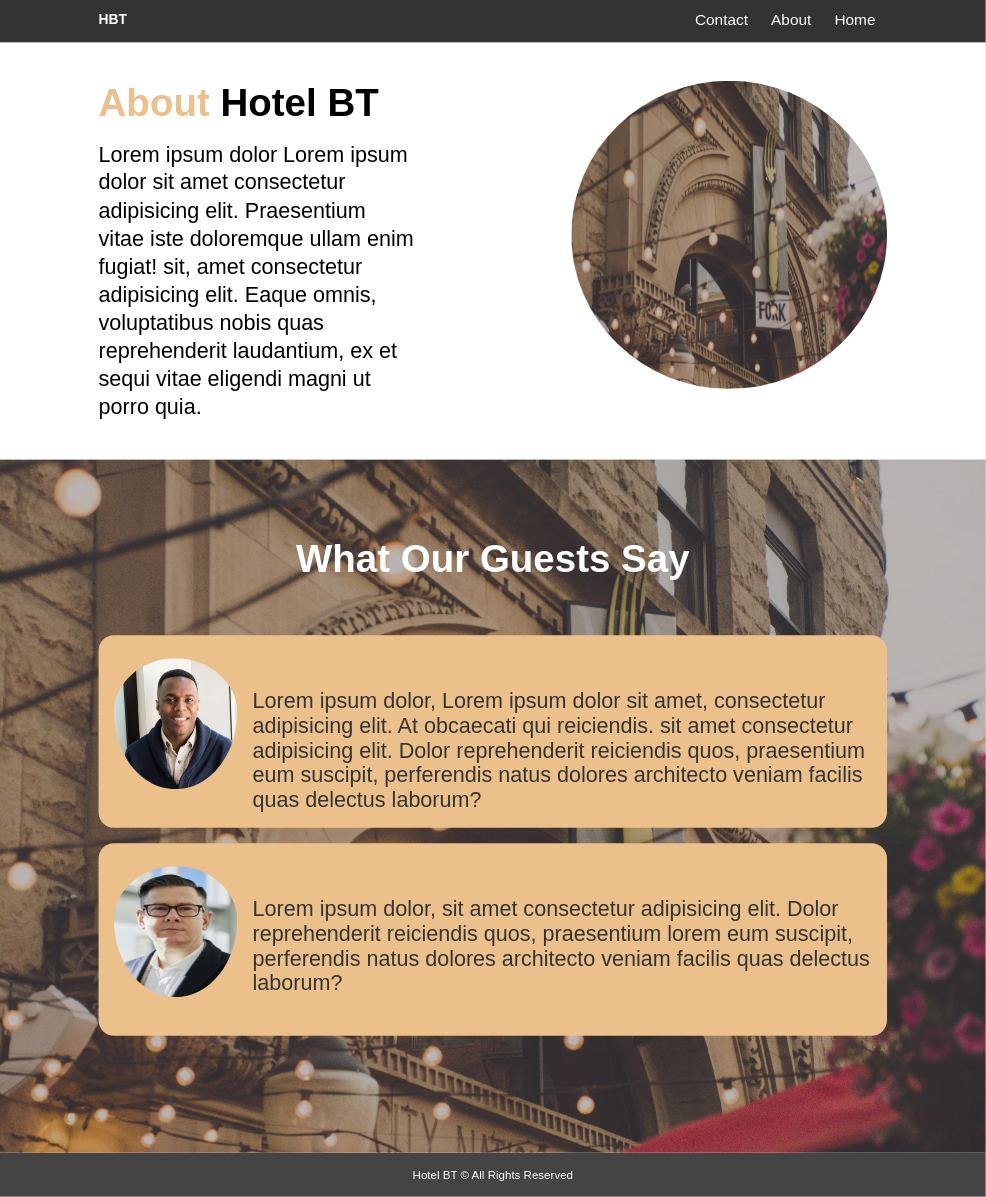
Repository: reemoon-ctrl/35---hotel-website
Page: about.html
An editor plug-in stored every save of this project. The page is shown before and after the next save, followed by the edit.
The browser window is 1280 px wide. The pictures show the whole page, at 77% of full size.
Pictures or frames that could not be fetched are drawn as grey boxes.

Above is the page before, as saved 2024-07-24 21:19:41.

After the next save:
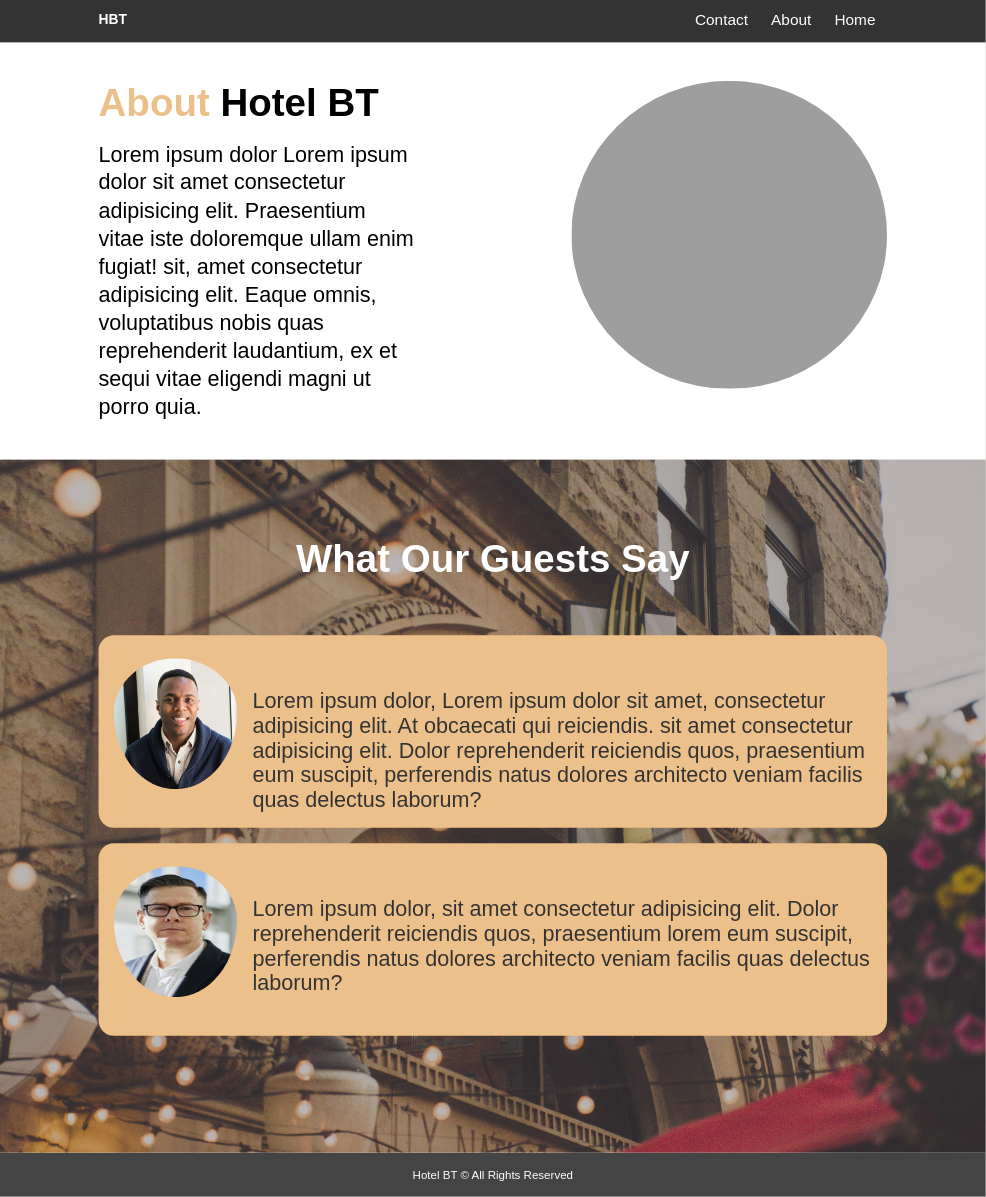
Saved 7 s later.
--- a/about.html
+++ b/about.html
@@ -29,7 +29,7 @@
             <p>Lorem ipsum dolor Lorem ipsum dolor sit amet consectetur adipisicing elit. Praesentium vitae iste doloremque ullam enim fugiat! sit, amet consectetur adipisicing elit. Eaque omnis, voluptatibus nobis quas reprehenderit laudantium, ex et sequi vitae eligendi magni ut porro quia.
             </p>
            </div>
-            <img class="hotel-img2" src="/img/test-bg.jpg" alt="Hotel-image">
+            <img class="hotel-img2" src="/img/" alt="Hotel-image">
         </div>
     </main>
     <aside>
